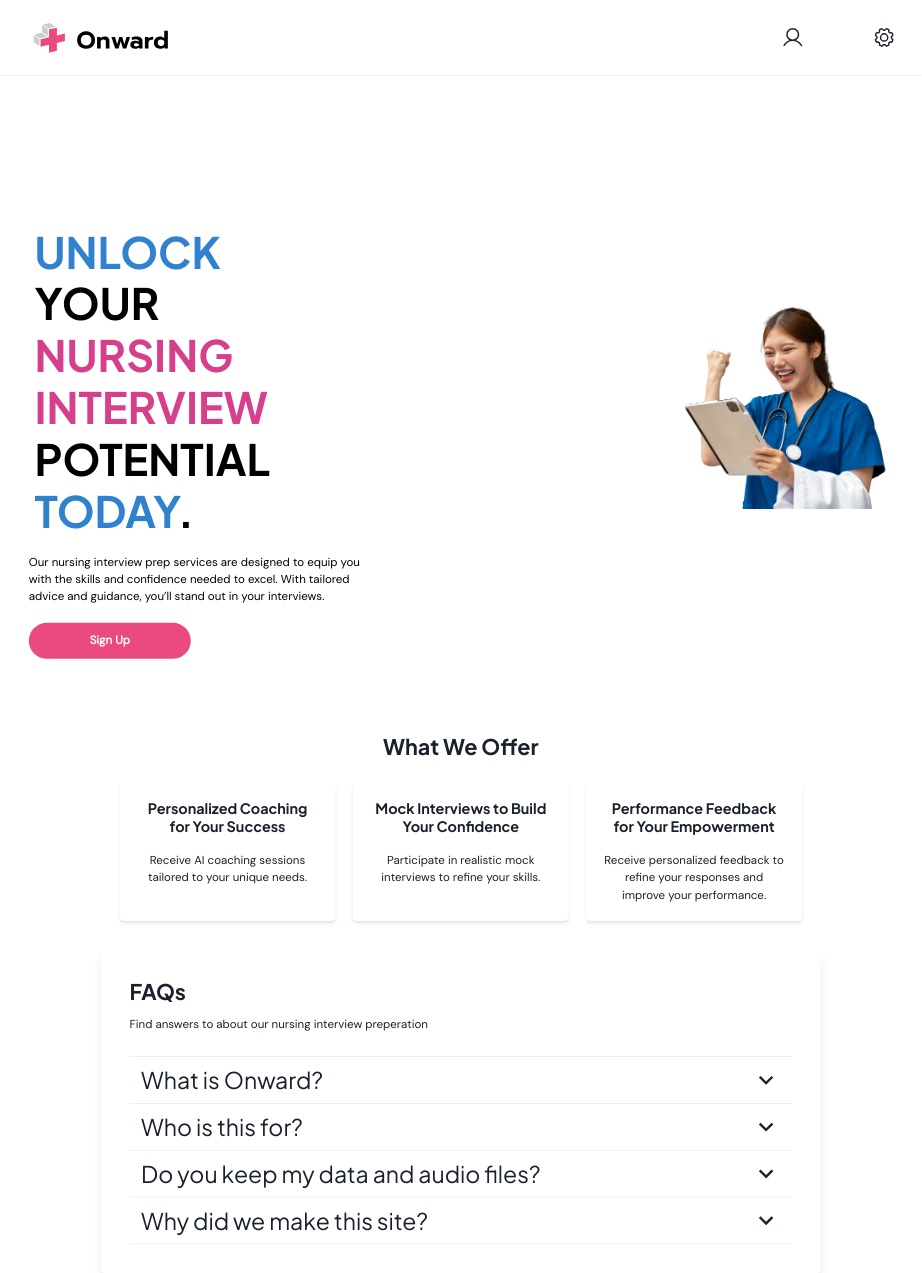
Repository: Aladdin3r/onward
Page: /landing-page
These files come from the project's save history. The page is drawn as it stood at one moment and after the next save; the edit follows.
The browser window is 1280 px wide. The pictures show the whole page, at 72% of full size.
The project was rebuilt for these pictures with package versions that can differ from the ones it lists, and the page was loaded fresh each time. The framework's server and built-in components were replaced by stand-ins that run in the browser. Also part of the build but not shown: next.config.mjs, styles/components/AppTopNav.js, styles/components/Layout.js.

Above is the page before, as saved 2024-10-29 02:20:11.

### pages/_app.js
import { ChakraProvider } from "@chakra-ui/react";
import theme from "@/styles/theme";

function MyApp({ Component, pageProps }) {
  return (
    <ChakraProvider theme={theme}>
      <Component {...pageProps} />
    </ChakraProvider>
  );
}

export default MyApp;

### pages/_document.js
import { Html, Head, Main, NextScript } from "next/document";

export default function Document() {
  return (
    <Html lang="en">
      <Head>
        <link
          href="https://fonts.googleapis.com/css2?family=DM+Sans:wght@400&family=Plus+Jakarta+Sans:wght@400;600;700&display=swap"
          rel="stylesheet"
        />
      </Head>
      <body>
        <Main />
        <NextScript />
      </body>
    </Html>
  );
}

### pages/landing-page.js
import {
    Box,
    Flex,
    Heading,
    Text,
    Stack,
    Button,
    Accordion,
    AccordionItem,
    AccordionButton,
    AccordionPanel,
    AccordionIcon,
    Image
} from "@chakra-ui/react";
import Layout from "@/styles/components/Layout";
import TopNav from "@/styles/components/TopNav";
import AppTopNav from "@/styles/components/AppTopNav";
import { useRouter } from 'next/router';

export default function Home() {
    const router = useRouter();

    // Button action function
    const handleSignUp = () => {
        router.push('/signup'); // Navigate to the sign-up page
    };

    return (
        <>
            {/* Hero Section */}
            <TopNav />
            <Box color="black" p={10} textAlign="left" mt="20">

                <Flex
                    mt="5rem"
                    p={2}
                    width="100%"
                    mb={0}
                    flexDirection="row"
                    alignItems="center"
                    justifyContent="space-between"
                    gap="2rem"  // Adds a gap between text and image
                >

                    <Flex>
                        <Heading
                            fontFamily="heading"
                            fontSize="6xl"
                            fontWeight="bold"
                            width="50%"
                            mb={4}
                            zIndex={1}

                        >
                            <Text as="span" color="blue.500">UNLOCK </Text>
                            <Text as="span" color="black">YOUR </Text>
                            <Text as="span" color="pink.500">NURSING INTERVIEW </Text>
                            <Text as="span" color="black">POTENTIAL </Text>
                            <Text as="span" color="blue.500">TODAY</Text>
                            <Text as="span" color="black">. </Text>
                        </Heading>
                    </Flex>


                    <Box width="45%">
                        <Image
                            src="/images/ipad-nurse.png"
                            alt="IPad Nurse"
                            width="100%"
                            height="auto"
                            objectFit="cover"

                        />
                    </Box>


                </Flex>





                <Text fontFamily="body" fontSize="x" color="black" mb={6} width="40%">
                    Our nursing interview prep services are designed to equip you with the skills and confidence needed to excel. With tailored advice and guidance, you’ll stand out in your interviews.
                </Text>
                <Button
                    mt="2"
                    bg="#EA4A7D"
                    color="#FFFFFF"
                    width="50%"
                    height="50px"
                    maxW="225px"
                    fontWeight="semibold"
                    fontSize="16px"
                    borderRadius="full"
                    px="6"
                    mb="6"
                >
                    Sign Up
                </Button>
            </Box>

            {/* What We Offer Section */}
            <Box p={10} textAlign="center" >
                <Heading fontFamily="heading" fontSize="3xl" mb={8}>What We Offer</Heading>
                <Flex justify="center" gap={6}>
                    <Stack width="300px" borderRadius="md" boxShadow="md" p={6} textAlign="center">
                        <Heading fontFamily="heading" fontSize="xl" mb={4}>Personalized Coaching for Your Success</Heading>
                        <Text fontFamily="body">
                            Receive AI coaching sessions tailored to your unique needs.
                        </Text>
                    </Stack>
                    <Stack width="300px" borderRadius="md" boxShadow="md" p={6} textAlign="center">
                        <Heading fontFamily="heading" fontSize="xl" mb={4}>Mock Interviews to Build Your Confidence</Heading>
                        <Text fontFamily="body">
                            Participate in realistic mock interviews to refine your skills.
                        </Text>
                    </Stack>
                    <Stack width="300px" borderRadius="md" boxShadow="md" p={6} textAlign="center">
                        <Heading fontFamily="heading" fontSize="xl" mb={4}>Performance Feedback for Your Empowerment</Heading>
                        <Text fontFamily="body">
                            Receive personalized feedback to refine your responses and improve your performance.
                        </Text>
                    </Stack>
                </Flex>
            </Box>

            {/* FAQ Section */}
            <Box p={10} borderRadius="md" boxShadow="lg" maxW="1000px" mx="auto">
                <Heading fontFamily="heading" fontSize="3xl" textAlign="left" mb={4}>FAQs</Heading>
                <Text fontFamily="body" fontSize="s" textAlign="left" mb={8}>
                    Find answers to about our nursing interview preperation
                </Text>
                <Accordion allowToggle>
                    <AccordionItem>
                        <h2>
                            <AccordionButton>
                                <Box as="span" flex="1" textAlign="left" fontFamily="heading">What is Onward?</Box>
                                <AccordionIcon />
                            </AccordionButton>
                        </h2>
                        <AccordionPanel pb={4} fontFamily="body">
                            Onward is an AI-powered personal interview coach designed for nurses to enhance their job interview skills.
                        </AccordionPanel>
                    </AccordionItem>
                    <AccordionItem>
                        <h2>
                            <AccordionButton>
                                <Box as="span" flex="1" textAlign="left" fontFamily="heading">Who is this for?</Box>
                                <AccordionIcon />
                            </AccordionButton>
                        </h2>
                        <AccordionPanel pb={4} fontFamily="body">
                            This service is designed for nurses, especially those new to the Canadian healthcare system.
                        </AccordionPanel>
                    </AccordionItem>
                    <AccordionItem>
                        <h2>
                            <AccordionButton>
                                <Box as="span" flex="1" textAlign="left" fontFamily="heading">Do you keep my data and audio files?</Box>
                                <AccordionIcon />
                            </AccordionButton>
                        </h2>
                        <AccordionPanel pb={4} fontFamily="body">
                            Yes, we securely store data as per our privacy policy to enhance your interview coaching experience.
                        </AccordionPanel>
                    </AccordionItem>
                    <AccordionItem>
                        <h2>
                            <AccordionButton>
                                <Box as="span" flex="1" textAlign="left" fontFamily="heading">Why did we make this site?</Box>
                                <AccordionIcon />
                            </AccordionButton>
                        </h2>
                        <AccordionPanel pb={4} fontFamily="body">
                            Onward aims to empower nurses by providing interview preparation tools tailored to their needs.
                        </AccordionPanel>
                    </AccordionItem>
                </Accordion>
            </Box>
        </>
    );
}

### styles/theme.js
import { extendTheme } from "@chakra-ui/react";
import { theme as chakraTheme } from "@chakra-ui/react";
import Button from './components/Button';
import { Stepper } from "@chakra-ui/react";

const fonts = {
    ...chakraTheme.fonts,
    body: "DM Sans",
    heading: "Plus Jakarta Sans",
}

const overrides = {
    ...chakraTheme,
    fonts,
    components: {
        Button: {
            ...Button,
        },
    },
    fontWeights: {
        normal: 400,
        medium: 500,
        bold: 700,
    },
    fontSizes: {
        xxs: "14pt",
        xs: "16pt",
        sm: "20pt",
        md: "24pt",
        lg: "32pt",
    },
    colors: {
       brand: {
        blushPink: "#EA4A7D",
        pastelBlue: "#CBD5FF",
        blueberryCreme: "#EBEFFF",
        frostWhite: "#FAFAFA",
        nightBlack: "#1f1f1f",
        platinum: "#e2e2e2",
        confirmationGreen: "#61CD3D",
        imperialRed: "EA4A4D",
        canaryYellow: "#EAE84A",
        oceanBlue: "#214DDF",
        pureWhite: "#FFFFFF"
        }
    },
    styles: {
        global: {
            body: {
                bg: "frostWhite",
            },
        },
    },
}

const customTheme = extendTheme(overrides);

export default customTheme;

### styles/components/TopNav.js
'use client'
import {
    Box,
    Flex,
    useColorModeValue,
    IconButton,
    Image,
    Link,
} from "@chakra-ui/react";
import { User, Gear } from "@phosphor-icons/react";

export default function TopNav() {
    const bgColor = useColorModeValue('#fff', 'brand.nightBlack');

    return (
        <Box bg={bgColor} px={4} borderBottom="1px solid #E6EAF2">
            <Flex h={"104px"} alignItems={'center'} justifyContent={'space-between'}>
                <Box fontSize={{ base: 'md', md: 'lg' }}>
                    <Link href="/">
                        <Image src="logo.svg" boxSize="253px" alt="Onward Logo" style={{ padding: "30px" }} />
                    </Link>
                </Box>
                <Flex alignItems={'center'}>
                    <Link href="/user">
                        <IconButton
                            aria-label="User settings"
                            icon={<User />}
                            variant="ghost"
                            mr="55px"
                        />
                    </Link>
                    <Link href="/settings">
                        <IconButton
                            aria-label="Settings"
                            icon={<Gear />}
                            variant="ghost"
                        />
                    </Link>
                </Flex>
            </Flex>
        </Box>
    );
}

### styles/components/Button.js
const Button = {
    baseStyle: {
      display: 'flex',
      borderRadius: '999px',
      fontFamily: 'DM Sans',
      _hover: {
        boxShadow: '0px 4px 4px 0px rgba(0, 0, 0, 0.45)',
      },
      padding: 3,
    },
    sizes: {
      xs: {
        fontSize: ['12pt', '14pt', '16pt'], // Responsive font sizes for xs
        px: [2, 3], // Responsive padding
      },
      sm: {
        fontSize: ['14pt', '16pt', '20pt'],
        px: [2, 4],
      },
      md: {
        fontSize: ['16pt', '20pt', '24pt'],
        px: [3, 5],
      },
      lg: {
        fontSize: ['20pt', '28pt', '32pt'],
        px: [4, 6],
      },
    },
    variants: {
      lgPrimary: {
        bg: 'brand.blushPink',
        color: 'brand.frostWhite',
        width: ['100%', '325px'], // 100% width on smaller screens
        height: '72px',
        fontSize: ['20pt', '28pt', '32pt'], // Responsive font size
        borderRadius: '999px',
      },
      mdPrimary: {
        bg: 'brand.blushPink',
        color: 'brand.frostWhite',
        width: ['100%', '225px'],
        height: '72px',
        fontSize: ['16pt', '20pt', '24pt'],
        borderRadius: '999px',
      },
      smPrimary: {
        bg: 'brand.blushPink',
        color: 'brand.frostWhite',
        width: ['100%', '150px'],
        height: '64px',
        fontSize: ['14pt', '16pt', '20pt'],
        borderRadius: '999px',
      },
      xsPrimary: {
        bg: 'brand.blushPink',
        color: 'brand.frostWhite',
        width: ['100%', '117px'],
        height: '32px',
        fontSize: ['12pt', '14pt', '18pt'],
        borderRadius: '999px',
      },
      lgSecondary: {
        bg: 'brand.platinum',
        color: 'brand.nightBlack',
        width: ['100%', '325px'],
        height: '72px',
        fontSize: ['20pt', '28pt', '32pt'],
        borderRadius: '999px',
        _hover: {
          bg: 'brand.blushPink',
          color: 'brand.frostWhite',
          boxShadow: '0px 4px 4px 0px rgba(0, 0, 0, 0.45)',
        },
      },
      mdSecondary: {
        bg: 'brand.platinum',
        color: 'brand.nightBlack',
        width: ['100%', '225px'],
        height: '72px',
        fontSize: ['16pt', '20pt', '24pt'],
        borderRadius: '999px',
        _hover: {
          bg: 'brand.blushPink',
          color: 'brand.frostWhite',
          boxShadow: '0px 4px 4px 0px rgba(0, 0, 0, 0.45)',
        },
      },
      smSecondary: {
        bg: 'brand.platinum',
        color: 'brand.nightBlack',
        width: ['100%', '150px'],
        height: '64px',
        fontSize: ['14pt', '16pt', '20pt'],
        borderRadius: '999px',
        _hover: {
          bg: 'brand.blushPink',
          color: 'brand.frostWhite',
          boxShadow: '0px 4px 4px 0px rgba(0, 0, 0, 0.45)',
        },
      },
      xsSecondary: {
        bg: 'brand.platinum',
        color: 'brand.nightBlack',
        width: ['100%', '117px'],
        height: '32px',
        fontSize: ['12pt', '14pt', '18pt'],
        borderRadius: '999px',
        _hover: {
          bg: 'brand.blushPink',
          color: 'brand.frostWhite',
          boxShadow: '0px 4px 4px 0px rgba(0, 0, 0, 0.45)',
        },
      },
    },
  };

  export default Button;

### styles/components/SideNav.js
import { useState } from "react";
import PropTypes from "prop-types";
import Link from "next/link";
import { Box, Flex, Text, VStack, Image } from "@chakra-ui/react";
import { ChalkboardTeacher, ClockCounterClockwise, UserSound, Presentation, User, Gear } from "@phosphor-icons/react";

// Define each variant and associated icon, label, and path(s)
const variants = {
  default: {
    label: "Dashboard",
    icon: <UserSound size={32} />,
    path: "/"
  },
  variant2: {
    label: "Mock Interview",
    icon: <ChalkboardTeacher size={32} />,
    path: "/mock-interview"
  },
  variant3: {
    label: "Practice Interview",
    icon: <Presentation size={32} />,
    path: [
      "/practice-interview",
      "/practice-interview-filter",
      "/practice-interview-questions",
      "/practice-interview-answer",
      "/practice"
    ]
  },
  variant4: {
    label: "History",
    icon: <ClockCounterClockwise size={32} />,
    path: "/history"
  },
};

// Define the bottom section items with default values
const defaultBottomVariants = {
  account: {
    label: "Account",
    icon: <User size={18} />,
    path: "/account"
  },
  settings: {
    label: "Settings",
    icon: <Gear size={18} />,
    path: "/settings"
  },
  signOut: {
    label: "Sign Out",
    icon: null,
    path: "/"
  }
};

// Main SideNavBar component
export const SideNavBar = ({ activeVariant, bottomVariants = defaultBottomVariants }) => {
  return (
    <Flex
      bg="brand.blueberryCreme"
      height="100vh"
      width="280px"
      position="fixed"
      flexDir="column"
    >
      {/* logo box */}
      <Box fontSize={{ base: 'sm', md: 'md' }} mt="1rem">
        <Link href="/">
          <Image src="logo.svg" alt="Onward Logo" style={{ padding: "0.6rem" }} width="100%" />
        </Link>
      </Box>

      {/* nav menu */}
      <Box mt="1.5rem" overflow="hidden">
        <VStack align="flex-start" spacing={2} width="100%" ml="10%">
          {variants && Object.keys(variants).map((variant) => {
            const isActive = activeVariant === variant;
            return (
              <Link href={Array.isArray(variants[variant].path) ? variants[variant].path[0] : variants[variant].path} key={variant} passHref>
                <Flex
                  align="center"
                  cursor="pointer"
                  width="280px"
                  bg={isActive ? "brand.blushPink" : "none"} // Active background
                  color={isActive ? "brand.frostWhite" : "initial"} // Active text color
                  p={3}
                  borderLeftRadius="26px"
                  transition="transform 0.5s ease-in-out, background-color 0.4s, color 0.4s"
                  _hover={{
                    bg: "brand.blushPink",
                    color: "brand.frostWhite",
                    borderRadius: "26px 0 0 26px",
                    transition: "background-color 0.3s, transform 0.3s",
                  }}
                >
                  <Box pl={isActive ? "5rem" : 0} mr={4}>
                    {variants[variant].icon}
                  </Box>
                  <Text fontFamily="body" fontSize="18px" fontWeight="bold">
                    {variants[variant].label}
                  </Text>
                </Flex>
              </Link>
            );
          })}
        </VStack>
      </Box>

      {/* Bottom Section for Account, Settings, and Sign Out Links */}
      <Box mb={2} mt="13rem" width="100%">
        <VStack width="100%" align="flex-end">
          {bottomVariants && Object.keys(bottomVariants).map((variant) => {
            const isActive = activeVariant === variant;
            return (
              <Link
                href={bottomVariants[variant].path}
                key={variant}
                passHref
              >
                <Flex
                  align="center"
                  cursor="pointer"
                  width="100%"
                  height="1.3rem"
                  bg={isActive ? "brand.blushPink" : "none"} // Active background
                  color={isActive ? "brand.frostWhite" : "initial"} // Active text color
                  borderRadius="md"
                  pr="1.5rem"
                  transition="transform 0.3s ease-in-out, background-color 0.3s, color 0.3s"
                  _hover={{
                    color: "brand.blushPink",
                    borderRadius: "26px 0 0 26px",
                    transition: "background-color 0.3s, transform 0.3s",
                  }}
                >

                  <Box mr={3}>
                    {bottomVariants[variant].icon}
                  </Box>
                  <Text fontFamily="body" fontSize="18px" fontWeight="regular" textAlign="left"
                    textDecoration={variant === 'signOut' ? 'underline' : 'none'}
                  >
                    {bottomVariants[variant].label}
                  </Text>
                </Flex>
              </Link>
            );
          })}
        </VStack>
      </Box>
    </Flex>
  );
};

SideNavBar.propTypes = {
  activeVariant: PropTypes.oneOf(["variant4", "variant2", "variant3", "default"]),
  bottomVariants: PropTypes.object, // Define bottomVariants as an optional object
};

SideNavBar.defaultProps = {
  bottomVariants: {},
};

After the next save:
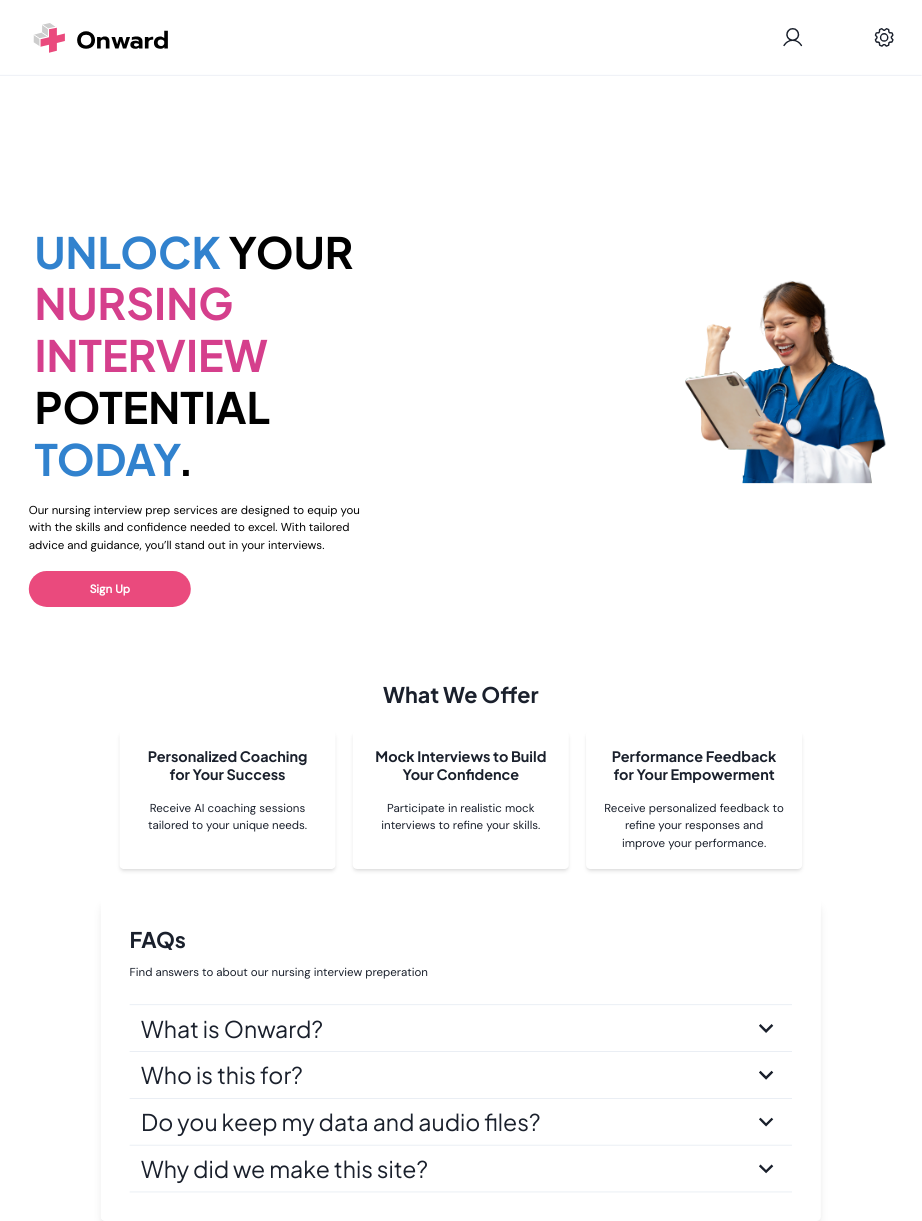
Saved 4 s later.
--- a/pages/landing-page.js
+++ b/pages/landing-page.js
@@ -47,7 +47,7 @@ export default function Home() {
                             fontFamily="heading"
                             fontSize="6xl"
                             fontWeight="bold"
-                            width="50%"
+                            width="56%"
                             mb={4}
                             zIndex={1}
 
